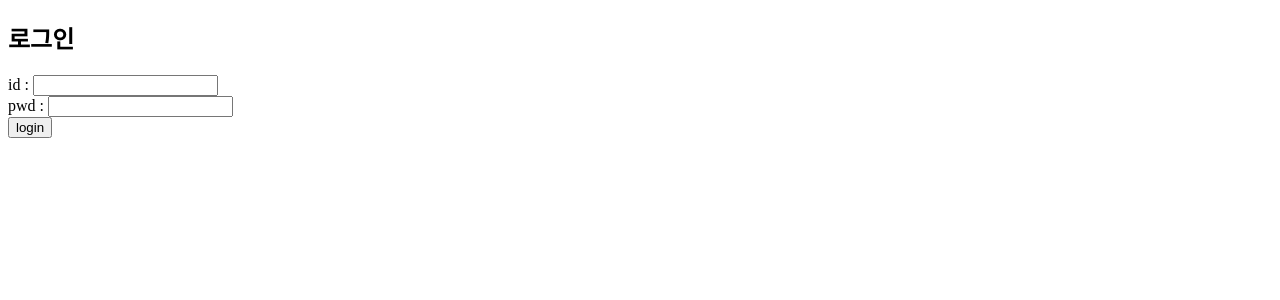
Repository: ahyeonyy/spring_study
Page: jpa_board_comment/src/main/resources/static/member/login.html
An editor plug-in stored every save of this project. The page is shown before and after the next save, followed by the edit.
The browser window is 1280 px wide. The pictures show the whole page.

Above is the page before, as saved 2023-07-19 02:44:06.

### jpa_board_comment/src/main/resources/static/member/login.html
<!DOCTYPE html>
<html>
<head>
<meta charset="UTF-8">
<title>Insert title here</title>
</head>
<body>
<h2>로그인</h2>
<form action="/member/login" method="post">
	id : <input type="text" name="id" /><br />
	pwd : <input type="password" name="pwd" /> <br />
	<input type="submit" value="login" />

</form>
</body>
</html>

After the next save:
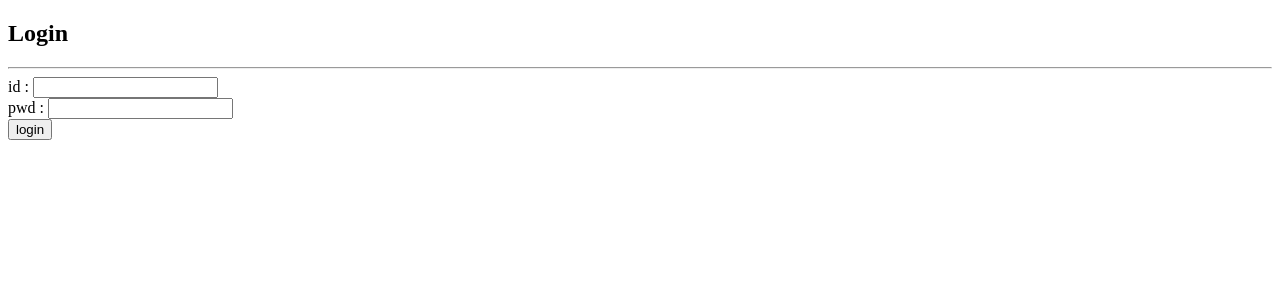
Saved 8 s later.
--- a/jpa_board_comment/src/main/resources/static/member/login.html
+++ b/jpa_board_comment/src/main/resources/static/member/login.html
@@ -5,7 +5,8 @@
 <title>Insert title here</title>
 </head>
 <body>
-<h2>로그인</h2>
+<h2>Login</h2>
+<hr />
 <form action="/member/login" method="post">
 	id : <input type="text" name="id" /><br />
 	pwd : <input type="password" name="pwd" /> <br />
